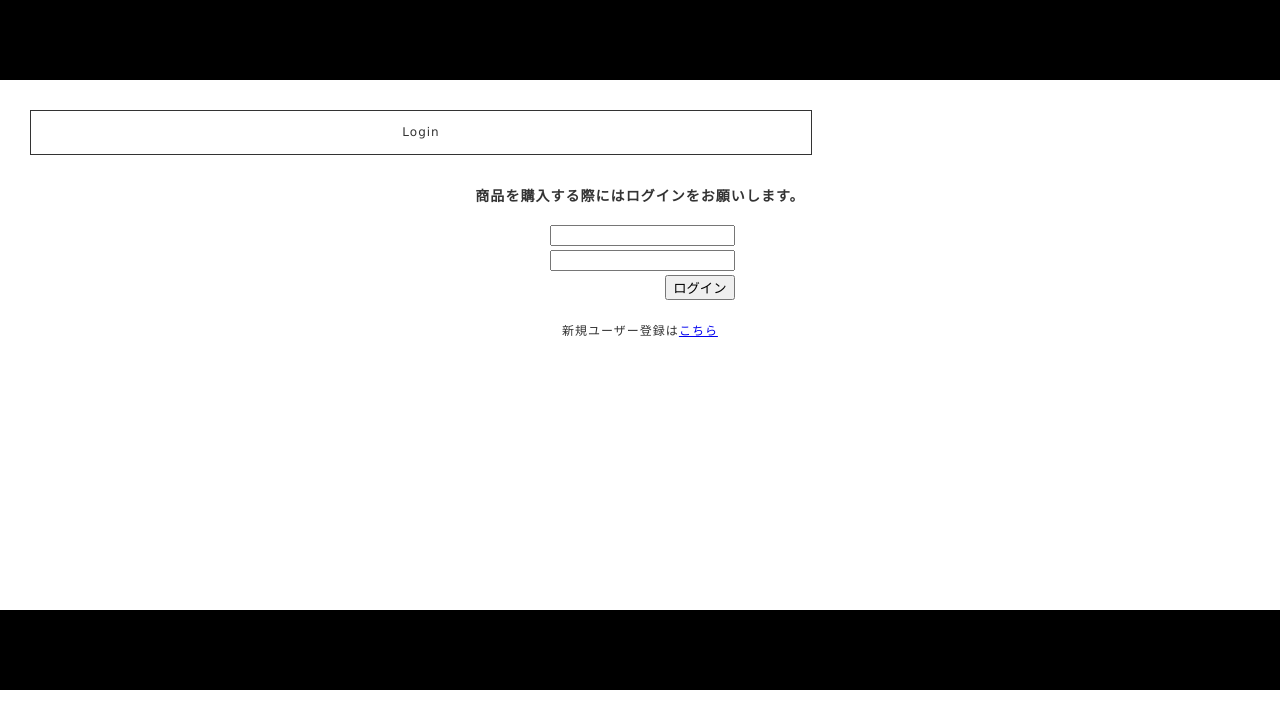
Repository: Sato718/backup
Page: http://localhost/template2/login.jsp
The author's editor kept a copy of each file at every save. The page is drawn from the files as they stood at one save, then again after the next save.
The browser window is 1280 px wide. The pictures show the whole page.
The page is served by Tomcat 9. Other server files are loaded and not shown.

Above is the page before, as saved 2017-12-21 02:23:43.

### template2/WebContent/login.jsp
<%@ page language="java" contentType="text/html; charset=UTF-8"
	pageEncoding="UTF-8"%>
<%@ taglib prefix="s" uri="/struts-tags" %>

<!DOCTYPE html>
<html>
<head>
	<meta http-equiv="Content-Type" content="text/html; charset=utf-8"/>
	<meta http-equiv="Content-Style-Type" content="text/css"/>
	<meta http-equiv="Content-Script-Type" content="text/javascript" />
	<meta http-equiv="imagetoolbar" content="no" />
	<meta name="description" content="" />
	<meta name="keywords" content="" />
	<meta charset="utf-8">
	<title>Login画面</title>
	<style type="text/css">

		/* ========TAG LAYOUT======== */
		body {
			margin:0;
			padding:0;
			line-height:1.6;
			letter-spacing:1px;
			font-family:Verdana,Helvetica,sans-serif;
			font-size:12px;
			color:#333;
			background:#fff;
		}

		table {
			text-align:center;
			margin:0 auto;
		}

		/* ========ID LAYOUT======== */

		#top {
			width:780px;
			margin:30px;
			border:1px solid #333;
		}

		#header {
			width:100%;
			height:80px;
			background-color: black;
		}

		#main {
			width: 100%;
			height: 500px;
			text-align: center;
		}

		#footer {
			width: 100%;
			height: 80px;
			background-color: black;
			clear: both;
		}
	</style>
</head>
<body>
	<div id="header">
		<div id="pr">
		</div>
	</div>
	<div id="main">
		<div id="top">
			<p>Login</p>
		</div>
		<div>
			<h3>商品を購入する際にはログインをお願いします。</h3>
			<s:form action="LoginAction">
				<s:textfield name="loginUserId"/>
				<s:password name="loginPassword"/>
				<s:submit value="ログイン"/>
			</s:form>
			<br/>
			<div>
				<span>新規ユーザー登録は<a href='<s:url action="UserCreateAction" />'>こちら</a></span>
			</div>
		</div>
	</div>
	<div id="footer">
		<div id="pr">
		</div>
	</div>
</body>
</html>

After the next save:
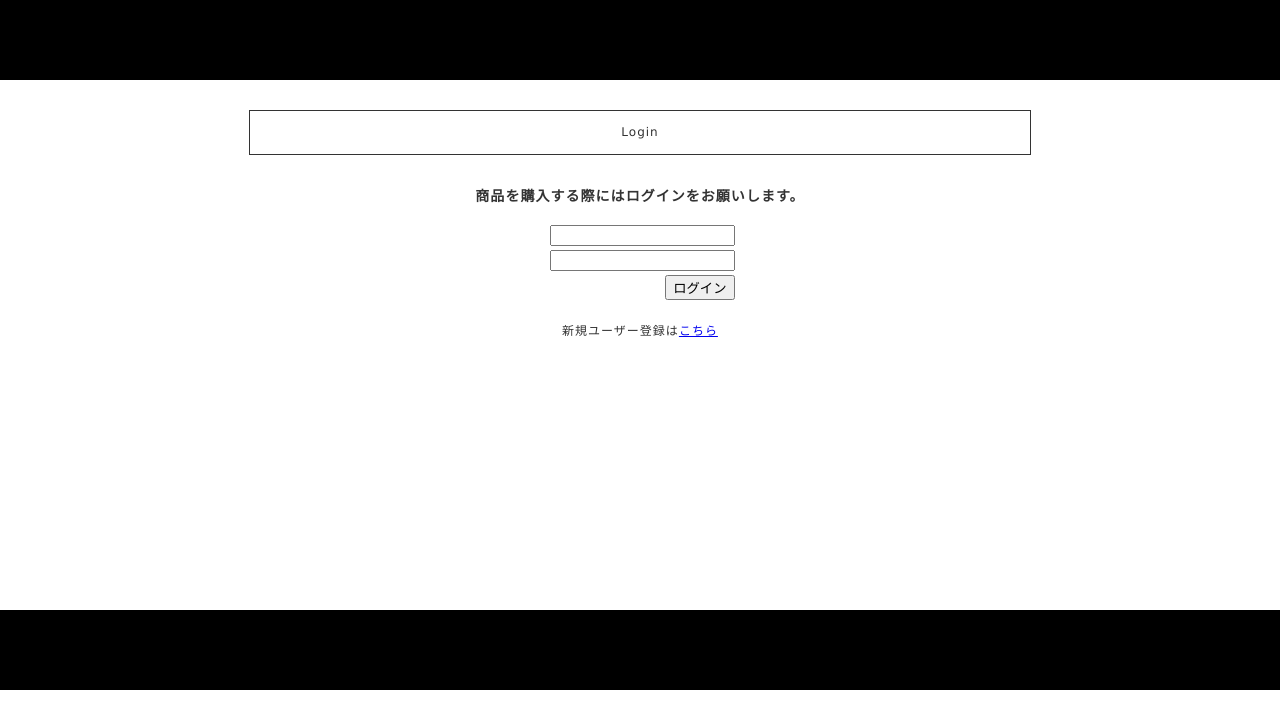
Saved 16 s later.
--- a/template2/WebContent/login.jsp
+++ b/template2/WebContent/login.jsp
@@ -36,7 +36,7 @@
 
 		#top {
 			width:780px;
-			margin:30px;
+			margin:30px auto;
 			border:1px solid #333;
 		}
 
